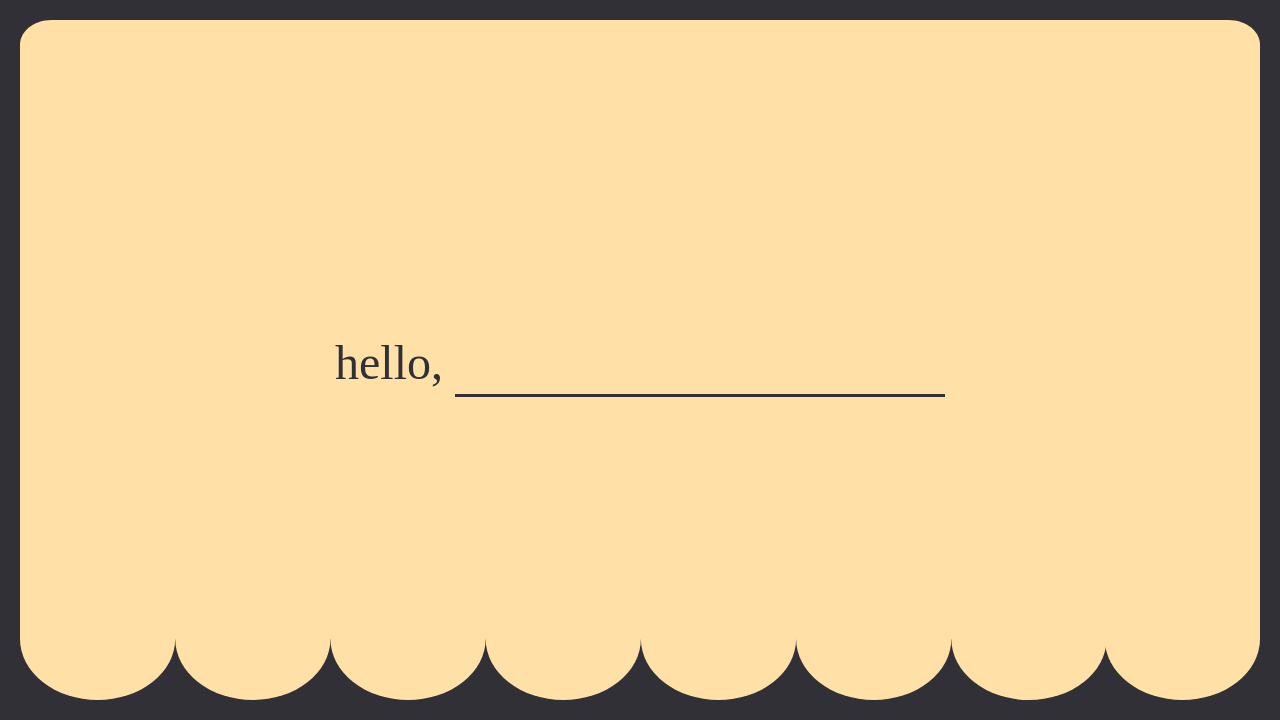
Repository: zhangolivia7/rot-recovery
Page: /
These files come from the project's save history. The page is drawn as it stood at one moment and after the next save; the edit follows.
The browser window is 1280 px wide. The pictures show the whole page.
Some web fonts or font styles are not loaded; a fallback is used. The project was rebuilt for these pictures with package versions that can differ from the ones it lists, and the page was loaded fresh each time. The framework's server and built-in components were replaced by stand-ins that run in the browser. Also part of the build but not shown: next.config.ts.

Above is the page before, as saved 2025-03-29 18:18:54.

After the next save:
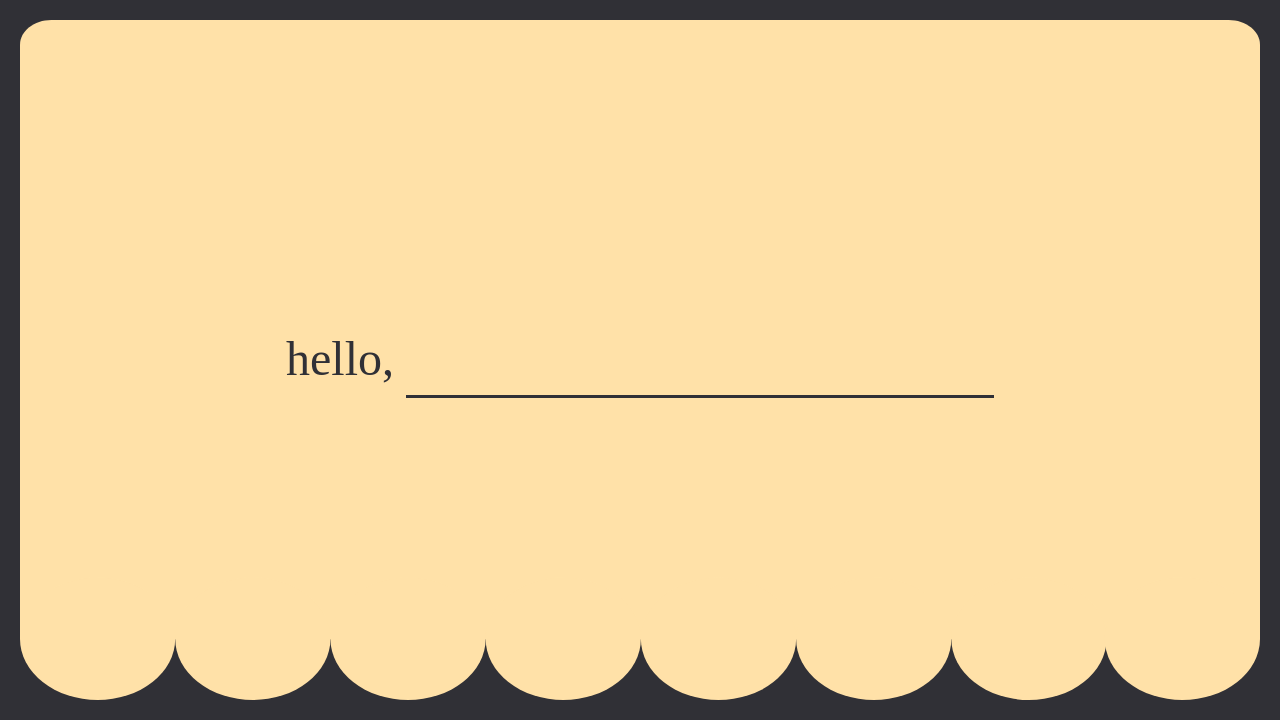
Saved 110 s later.
--- a/src/app/globals.css
+++ b/src/app/globals.css
@@ -78,7 +78,5 @@ h1 {
 }
 
 #s1 input {
-  font-family: "Nobile", sans-serif;
-  font-weight: 700;
-  font-style: italic;
+  font-weight: 100;
 }
